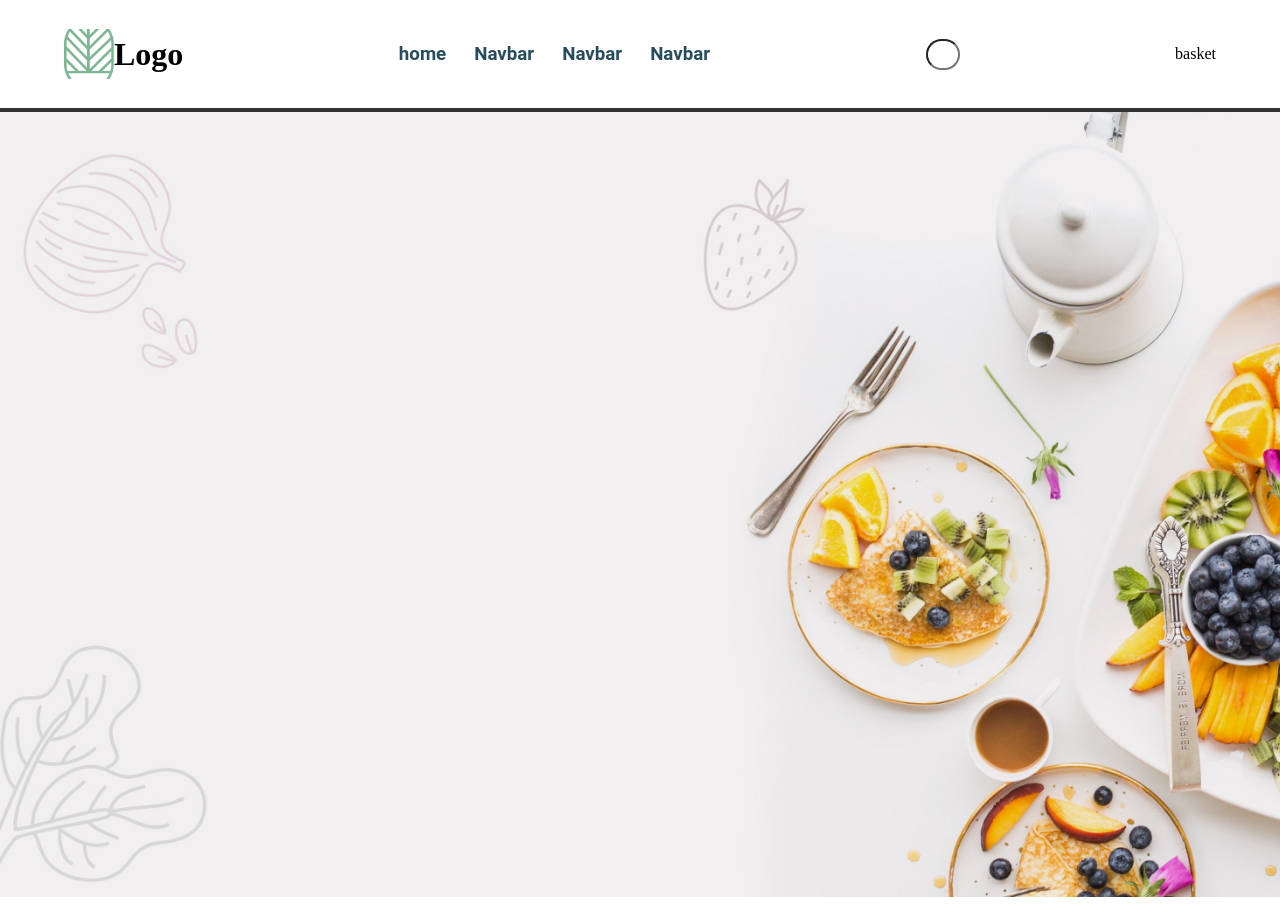
Repository: Islam432/Islam-and-Arsi---team
Page: /
An editor plug-in stored every save of this project. The page is shown before and after a run of saves, followed by the edit.
The browser window is 1280 px wide. The pictures show the whole page.
The project was rebuilt for these pictures with package versions that can differ from the ones it lists, and the page was loaded fresh each time. Also part of the build but not shown: vite.config.js, src/App.css, src/components/Comp/Comp.jsx.

Above is the page before, as saved 2023-03-12 00:08:10.

### src/main.jsx
import React from "react";
import ReactDOM from "react-dom/client";
import App from "./App";
import "./index.css";
import { BrowserRouter } from "react-router-dom";


ReactDOM.createRoot(document.getElementById("root")).render(
  <React.StrictMode>

      <BrowserRouter>
        <App />
      </BrowserRouter>

  </React.StrictMode>
);

### src/App.jsx
import { useState } from "react";
import reactLogo from "./assets/react.svg";
import "./App.css";
import { Route, Routes } from "react-router-dom";
import { Layout } from "./components/Layout";
import { Home } from "./components/Home/Home";
import { Comp } from "./components/Comp/Comp";

function App() {
  return (

    <Layout>  <Routes>
    <Route path="/" element = {<Home/>}/>
    <Route path="/comp" element= {<Comp/>} />
  </Routes></Layout>

  );
}

export default App;

### src/components/Layout/index.jsx
import React from 'react'
import { Navbar } from '../Navbar/Navbar'

export const Layout = ({children}) => {
  return (
  <>
 <Navbar/>
  <main>{children}</main>
  </>
  )
}

### src/components/Home/Home.jsx
import React from 'react'
import styles from './Home.module.css'


export const Home = () => {
  return (
    <div className={styles.cont}>
      <div className={styles.blok1}></div>
    </div>
  )
}

### src/components/Navbar/Navbar.jsx
import React from "react";
import { NavLink } from "react-router-dom";
import styles from "./Navbar.module.css";
import logo from './logologo.png'
export const Navbar = () => {
  return (
    <div className={styles.cont}>
      <form className={styles.allnav}>
      <div className={styles.logo}><img className={styles.logoimg} src={logo} alt="" /> <h1>Logo</h1></div>

        <div className={styles.navbar}>
          <NavLink to={'/'} className={styles.NavLink}>
            <h3>home</h3>
          </NavLink>
          <NavLink to={'/comp'} className={styles.NavLink}>
            <h3>Navbar</h3>
          </NavLink>
          <NavLink className={styles.NavLink}>
            <h3>Navbar</h3>
          </NavLink>
          <NavLink className={styles.NavLink}>
            <h3>Navbar</h3>
          </NavLink>

        </div>

        <div className={styles.inputblok}>
          <input type="text" placeholder="serch" />
        </div>

        <div>basket</div>
      </form>
    </div>
  );
};

### src/components/Home/Home.module.css
.cont{
    margin: 0;



}
.blok1{
    background-image: url('./Banner.jpg');
  width: 100%;
 object-fit: cover;
min-height: 110vh;

    background-size: cover;
}

### src/components/Navbar/Navbar.module.css
.cont {
    margin: 0;
  display: flex;
  align-items: center;
  justify-content: center;
  height: 15vh;
  background: #ffffff;
border-bottom: 4px solid #333;
}
.logo{
  display: flex;
  align-items: center;
}
.logoimg{
width: 50px;
height: 50px;
object-fit: cover;
background-size: cover;

}

.allnav {
  display: flex;
  align-items: center;
  justify-content: space-between;
  width: 90%;
  height: 10vh;

}
.navbar {
  display: flex;
  justify-content: space-around;
  align-items: center;
  gap: 28px;

  font-family: Roboto;
  font-style: Bold;
  font-size: 16px;
  color: #274C5B;

}
.NavLink{
    text-decoration: none;
    color: #274C5B;
}
input{
  font-size: 15px;
  outline: none;
  padding: 5px;
  transition: all 0.5s ease-in, box-shadow 0.6s ease-in;
 width: 20px;
 cursor: pointer;

 border-radius: 100px;
}
input::placeholder{
  opacity: 0;
  color: #0f2a5f;
  transition: 1.1s linear;
}

input:hover{
  transition: all 0.2s ease-in ;
  box-shadow: 0px 0px 5px blue;
}
input:focus::placeholder{
  opacity: 1;
  transition: 1.2s linear;

}
input:focus,

input:not(:placeholder-shown){
  padding: 10px 20px;
  border-radius: 1000px;

  width: 150px;
  transition:  all 0.8s ease-out;
  box-shadow: 0px 0px 20px rgb(151, 248, 255);
}

Loaded but not shown: index.html (common file); src/index.css (common file)

After the next 2 saves:
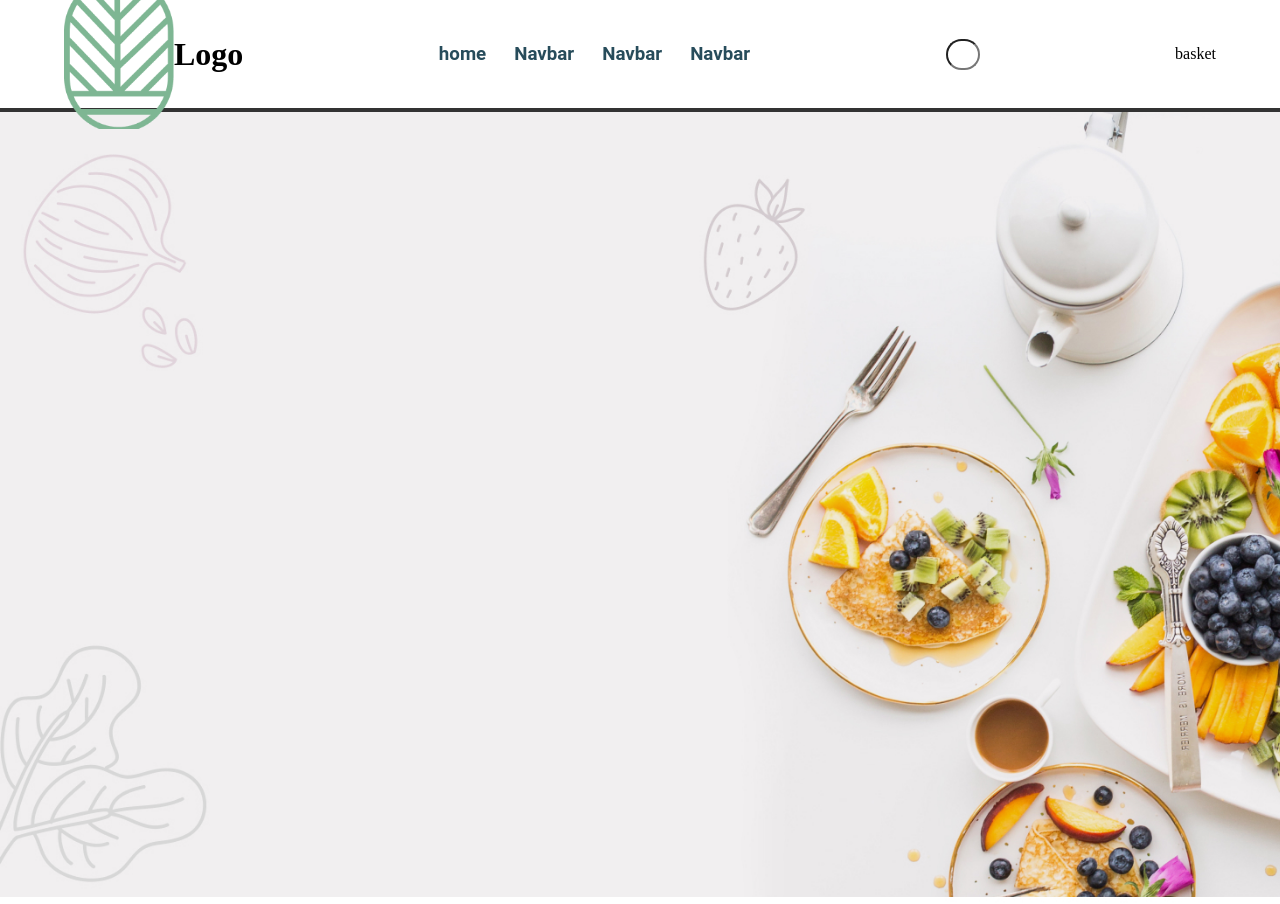
The 2 saves are shown as one change because they came seconds apart.
The last was saved 10 s later.
--- a/src/components/Navbar/Navbar.module.css
+++ b/src/components/Navbar/Navbar.module.css
@@ -12,8 +12,8 @@ border-bottom: 4px solid #333;
   align-items: center;
 }
 .logoimg{
-width: 50px;
-height: 50px;
+width: 110px;
+height: 150px;
 object-fit: cover;
 background-size: cover;
 
